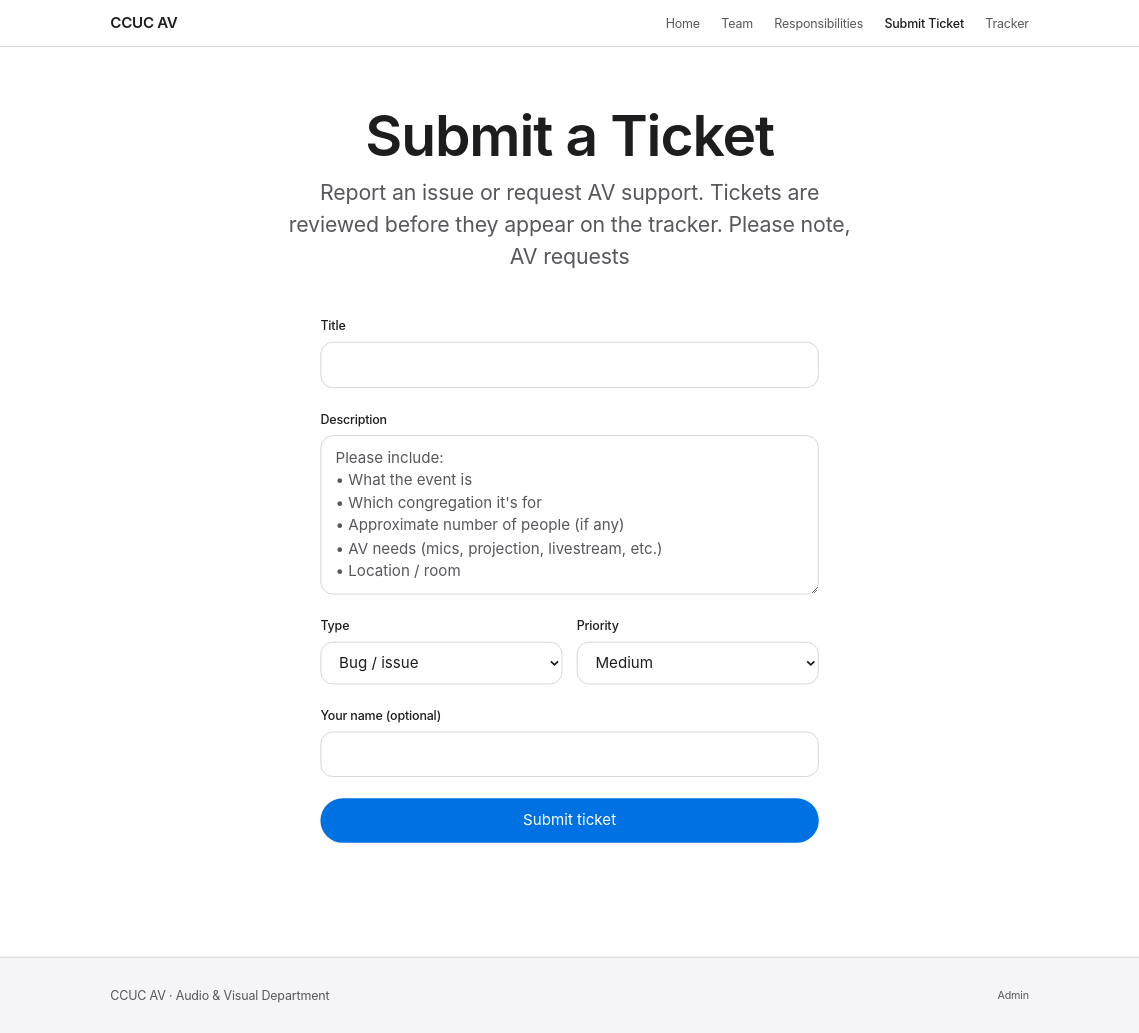
Repository: fakebrianho/ccuc_av
Page: /submit
These files come from the project's save history. The page is drawn as it stood at one moment and after the next save; the edit follows.
The browser window is 1280 px wide. The pictures show the whole page, at 89% of full size.
The project was rebuilt for these pictures with package versions that can differ from the ones it lists, and the page was loaded fresh each time. The framework's server and built-in components were replaced by stand-ins that run in the browser. Also part of the build but not shown: next.config.mjs.

Above is the page before, as saved 2026-10-04 09:34:11.

After the next save:
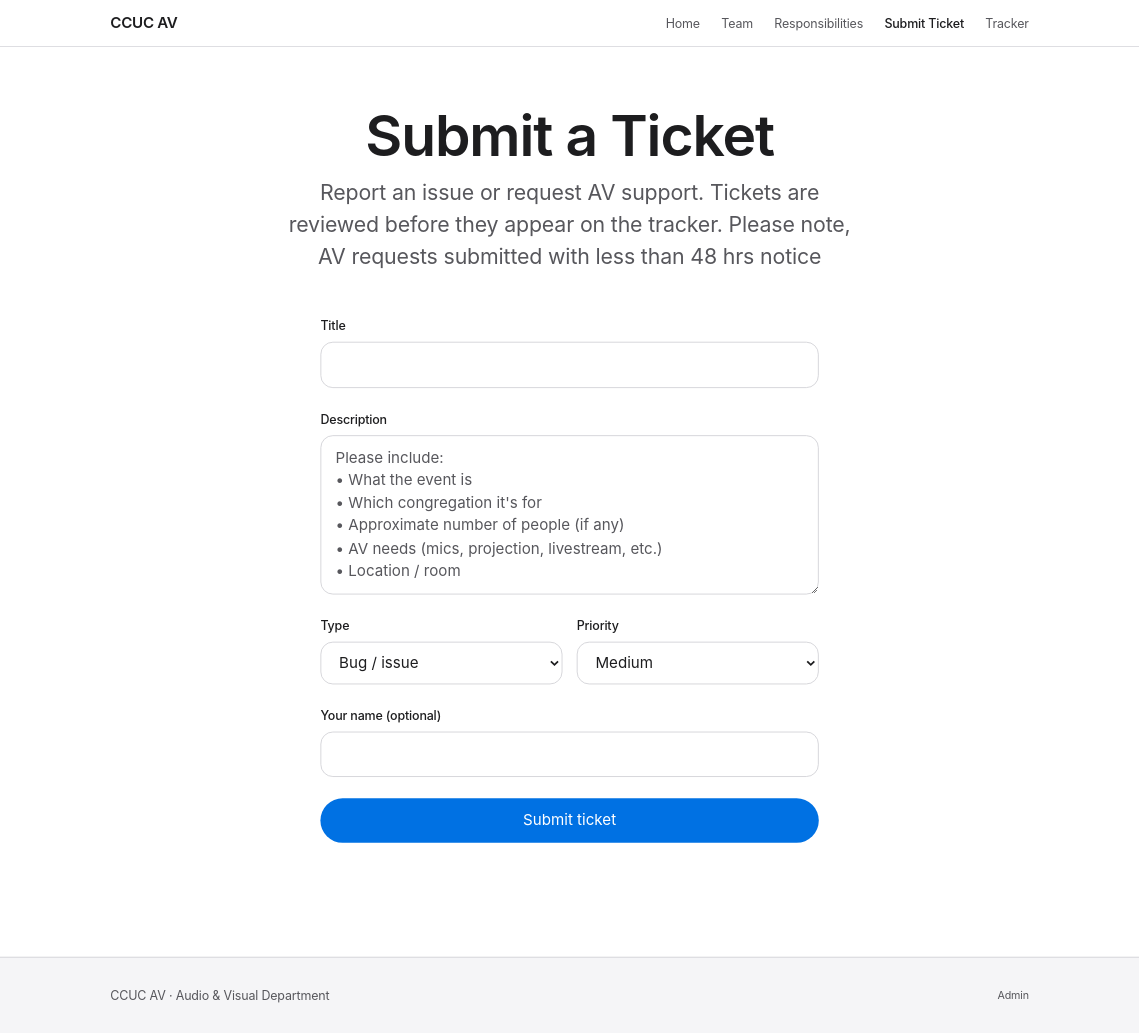
Saved 8 s later.
--- a/src/app/submit/page.js
+++ b/src/app/submit/page.js
@@ -10,7 +10,7 @@ export default function SubmitPage() {
         <h1 className={styles.title}>Submit a Ticket</h1>
         <p className={styles.sub}>
           Report an issue or request AV support. Tickets are reviewed before
-          they appear on the tracker. Please note, AV requests
+          they appear on the tracker. Please note, AV requests submitted with less than 48 hrs notice
         </p>
       </header>
       <TicketForm />
